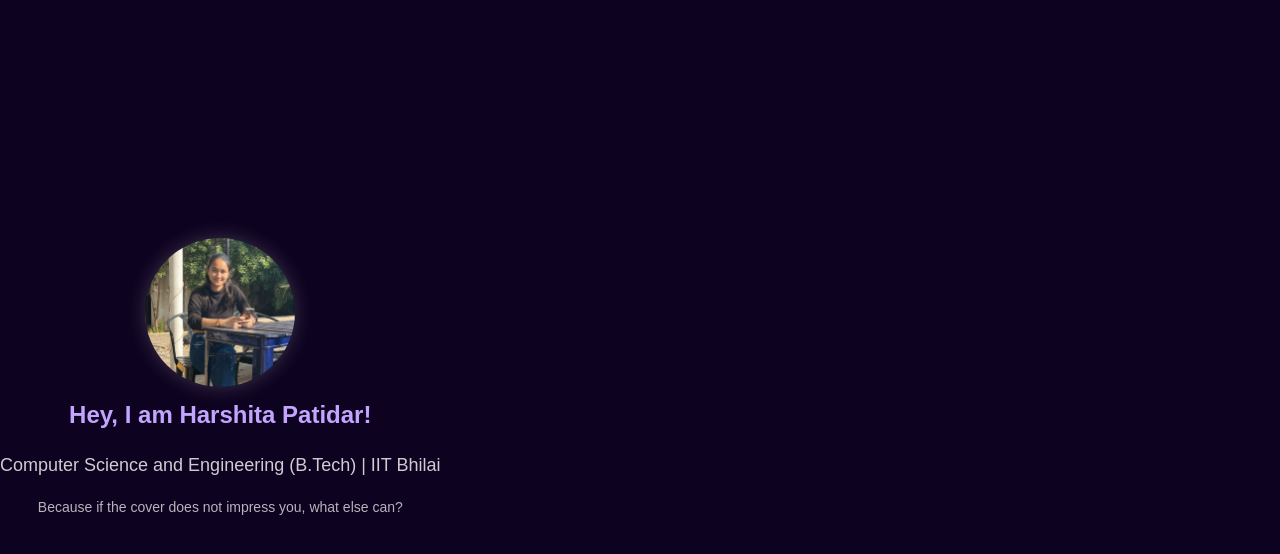
Repository: harshitap1305/Portfolio
Page: /
The author's editor kept a copy of each file at every save. The page is drawn from the files as they stood at one save, then again after a run of saves.
The browser window is 1280 px wide. The pictures show the whole page.
The project was rebuilt for these pictures with package versions that can differ from the ones it lists, and the page was loaded fresh each time. Also part of the build but not shown: vite.config.js.

Above is the page before, as saved 2025-03-27 17:10:21.

### index.html
<!doctype html>
<html lang="en">
  <head>
    <meta charset="UTF-8" />

    <meta name="viewport" content="width=device-width, initial-scale=1.0" />
    <title>Harshita's Portfolio</title>
  </head>
  <body>
    <div id="root"></div>
    <script type="module" src="/src/main.jsx"></script>
  </body>
</html>

### src/App.jsx
import Home from './Home.jsx'

function App() {


  return (
    <>
      <Home/>
    </>
  )
}

export default App

### src/Home.jsx
import React from 'react';
import harshita from './assets/harshita.png';
import './App.css';

const Home = () => {
  return (
    <>
      <img src={harshita} alt="Harshita Patidar" className="harshita" />
      <h2 className="name">Hey, I am Harshita Patidar!</h2>
      <p className="tagline">Computer Science and Engineering (B.Tech) | IIT Bhilai</p>
      <p className="subtext">
        Because if the cover does not impress you, what else can?
      </p>
    </>
  );
};

export default Home;

### src/App.css
/* Background */
body {
  background-color: #0d021f;
  color: white;
  font-family: 'Poppins', sans-serif;
  text-align: center;
}

/* Image Styling */
.harshita {
  width: 150px; /* Adjust size */
  border-radius: 50%;
  display: block;
  margin: 50px auto 10px;
  box-shadow: 0px 0px 20px rgba(255, 255, 255, 0.2);
}

/* Name Styling */
.name {
  font-size: 24px;
  font-weight: bold;
  margin-top: 10px;
  color: #c3a5ff; /* Light purple */
}

/* Tagline Styling */
.tagline {
  font-size: 18px;
  margin-top: 5px;
  opacity: 0.8;
}

/* Styled Text */
.judging-text {
  font-size: 36px;
  font-weight: bold;
  margin-top: 20px;
}

.cover {
  color: #8a4bff;
  text-decoration: underline;
  font-style: italic;
  position: relative;
}

.cover::after {
  content: '';
  position: absolute;
  left: 0;
  bottom: -5px;
  width: 100%;
  height: 3px;
  background-color: #8a4bff;
  border-radius: 2px;
}

/* Subtext */
.subtext {
  font-size: 14px;
  margin-top: 5px;
  opacity: 0.7;
}

Loaded but not shown: src/main.jsx (common file); src/index.css (common file)

After the next 2 saves:
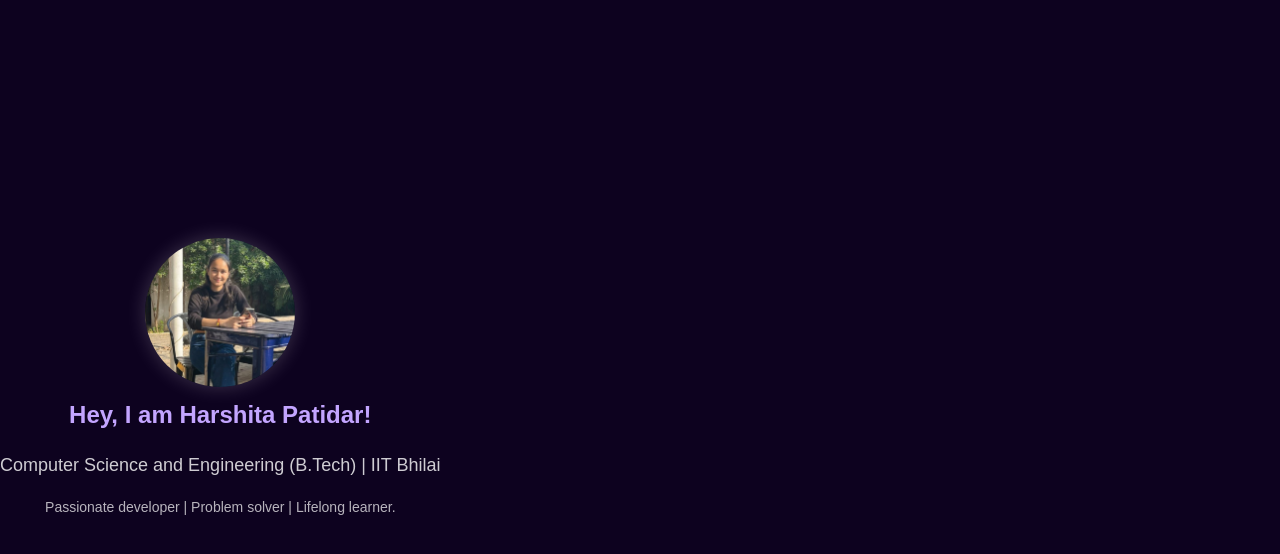
The 2 saves are shown as one change because they came seconds apart.
The last was saved 6 s later.
--- a/src/Home.jsx
+++ b/src/Home.jsx
@@ -9,7 +9,7 @@ const Home = () => {
       <h2 className="name">Hey, I am Harshita Patidar!</h2>
       <p className="tagline">Computer Science and Engineering (B.Tech) | IIT Bhilai</p>
       <p className="subtext">
-        Because if the cover does not impress you, what else can?
+       Passionate developer | Problem solver | Lifelong learner.
       </p>
     </>
   );
